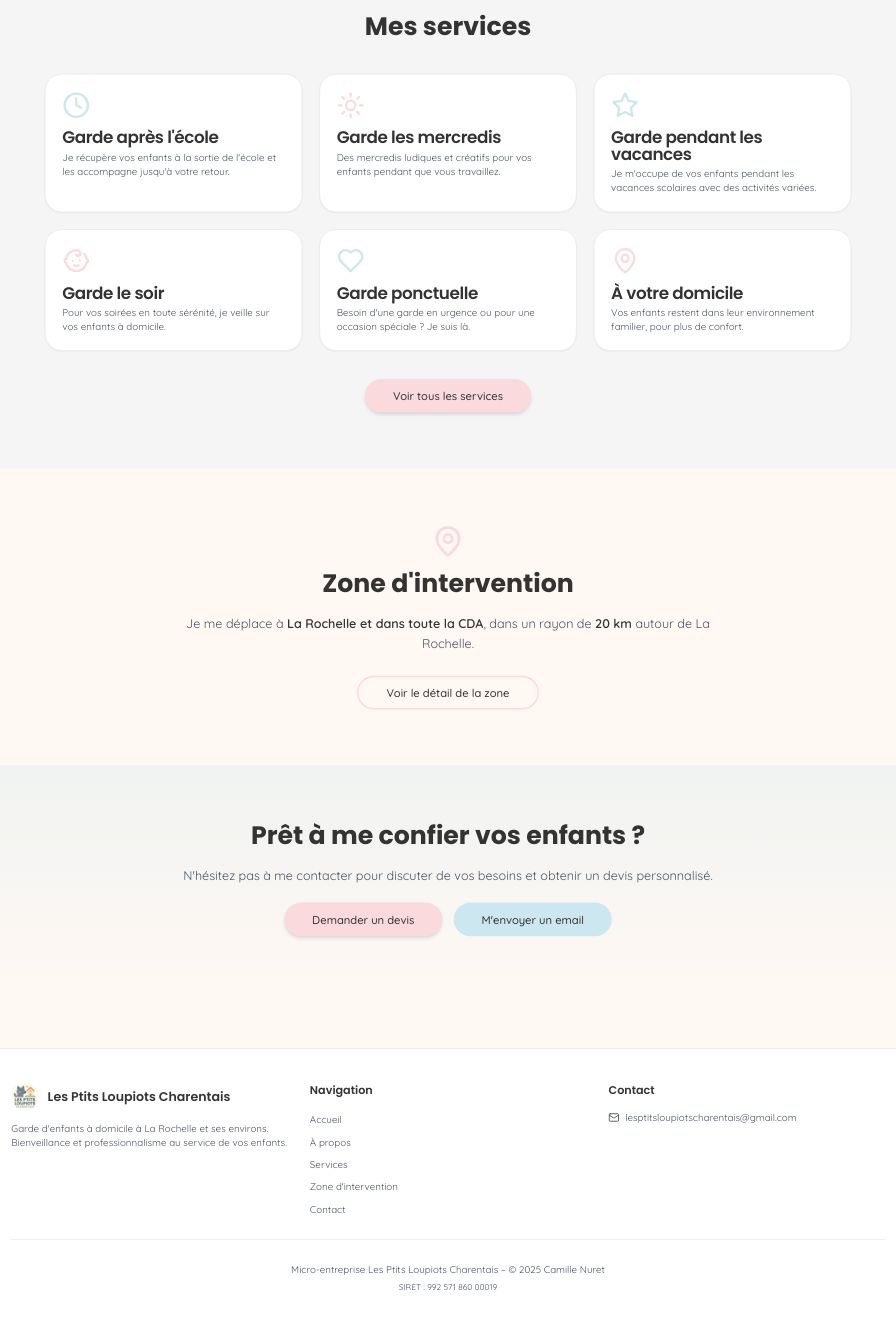
Repository: Virginie17/lesptitsloupiotscharentais
Page: /
The author's editor kept a copy of each file at every save. The page is drawn from the files as they stood at one save, then again after a run of saves.
The browser window is 1280 px wide. The pictures show the part of the page from y = 1218 to 3138 px (the page is 3114 px tall before and 3138 px after), at 70% of full size.
The project was rebuilt for these pictures with package versions that can differ from the ones it lists, and the page was loaded fresh each time. The framework's server and built-in components were replaced by stand-ins that run in the browser.

Above is the page before, as saved 2025-10-17 10:16:14.

### app/layout.tsx
import type { Metadata } from "next"
import { Poppins, Quicksand } from "next/font/google"
import "./globals.css"
import { Navigation } from "@/components/navigation"
import { Footer } from "@/components/footer"

const poppins = Poppins({
  subsets: ["latin"],
  weight: ["300", "400", "500", "600", "700"],
  variable: "--font-poppins",
})

const quicksand = Quicksand({
  subsets: ["latin"],
  weight: ["300", "400", "500", "600", "700"],
  variable: "--font-quicksand",
})

export const metadata: Metadata = {
  title: "Les Ptits Loupiots Charentais | Garde d'enfants à La Rochelle",
  description: "Service de garde d'enfants à domicile à La Rochelle et ses environs. Camille Nuret, assistante maternelle agréée BAFA et CAP Petite Enfance.",
  keywords: "garde d'enfants, La Rochelle, assistante maternelle, baby-sitting, BAFA, CAP Petite Enfance",
}

export default function RootLayout({
  children,
}: Readonly<{
  children: React.ReactNode
}>) {
  return (
    <html lang="fr" className={`${poppins.variable} ${quicksand.variable}`}>
      <body className="min-h-screen flex flex-col">
        <Navigation />
        <main className="flex-grow">{children}</main>
        <Footer />
      </body>
    </html>
  )
}

### app/globals.css
@import url('https://fonts.googleapis.com/css2?family=Poppins:wght@300;400;500;600;700&family=Quicksand:wght@300;400;500;600;700&display=swap');

@tailwind base;
@tailwind components;
@tailwind utilities;

:root {
  --font-poppins: 'Poppins', sans-serif;
  --font-quicksand: 'Quicksand', sans-serif;

  --background: 0 0% 100%;
  --foreground: 0 0% 20%;
  --primary: 340 100% 92%;
  --primary-foreground: 0 0% 20%;
  --secondary: 200 50% 87%;
  --secondary-foreground: 0 0% 20%;
  --border: 0 0% 90%;
  --input: 0 0% 90%;
  --ring: 340 100% 92%;
}

@layer base {
  * {
    @apply border-border;
  }
  body {
    @apply bg-beige-light text-gray-dark font-quicksand;
  }
  h1, h2, h3, h4, h5, h6 {
    @apply font-poppins;
  }
}

@layer utilities {
  .text-balance {
    text-wrap: balance;
  }
}

### components/navigation.tsx
"use client"

import Link from "next/link"
import { usePathname } from "next/navigation"
import { useState } from "react"
import { Menu, X } from "lucide-react"
import { cn } from "@/lib/utils"

const links = [
  { href: "/", label: "Accueil" },
  { href: "/a-propos", label: "À propos" },
  { href: "/services", label: "Services" },
  { href: "/zone", label: "Zone d'intervention" },
  { href: "/contact", label: "Contact" },
]

export function Navigation() {
  const pathname = usePathname()
  const [isOpen, setIsOpen] = useState(false)

  return (
    <nav className="bg-white/95 backdrop-blur-sm shadow-sm sticky top-0 z-50">
      <div className="container mx-auto px-4">
        <div className="flex items-center justify-between h-16 md:h-20">
          <Link href="/" className="flex items-center space-x-2">
            <span className="text-xl md:text-2xl font-bold text-rose-powder">🧸</span>
            <span className="text-lg md:text-xl font-poppins font-semibold text-gray-dark">
              Les Ptits Loupiots
            </span>
          </Link>

          {/* Desktop Navigation */}
          <div className="hidden md:flex items-center space-x-1">
            {links.map((link) => (
              <Link
                key={link.href}
                href={link.href}
                className={cn(
                  "px-4 py-2 rounded-full text-sm font-medium transition-colors",
                  pathname === link.href
                    ? "bg-rose-powder text-gray-dark"
                    : "text-gray-600 hover:bg-rose-powder/20 hover:text-gray-dark"
                )}
              >
                {link.label}
              </Link>
            ))}
          </div>

          {/* Mobile Menu Button */}
          <button
            className="md:hidden p-2 rounded-lg hover:bg-gray-100"
            onClick={() => setIsOpen(!isOpen)}
          >
            {isOpen ? <X size={24} /> : <Menu size={24} />}
          </button>
        </div>

        {/* Mobile Navigation */}
        {isOpen && (
          <div className="md:hidden py-4 border-t animate-fade-in">
            {links.map((link) => (
              <Link
                key={link.href}
                href={link.href}
                onClick={() => setIsOpen(false)}
                className={cn(
                  "block px-4 py-3 rounded-lg text-sm font-medium transition-colors",
                  pathname === link.href
                    ? "bg-rose-powder text-gray-dark"
                    : "text-gray-600 hover:bg-rose-powder/20"
                )}
              >
                {link.label}
              </Link>
            ))}
          </div>
        )}
      </div>
    </nav>
  )
}

### src/components/Footer.tsx
import Link from "next/link"
import Image from "next/image"
import { Mail } from "lucide-react"

export function Footer() {
  return (
    <footer className="bg-white border-t border-gray-200 mt-20">
      <div className="container mx-auto px-4 py-12">
        <div className="grid grid-cols-1 md:grid-cols-3 gap-8">
          {/* Logo & Description */}
          <div className="space-y-4">
            <div className="flex items-center space-x-3 group">
              <Image
                src="/logo.jpg"
                alt="Les Ptits Loupiots Charentais"
                width={40}
                height={40}
                className="rounded-full object-cover animate-float group-hover:animate-bounce-gentle"
              />
              <span className="text-lg font-poppins font-semibold group-hover:text-rose-600 transition-colors duration-300">
                Les Ptits Loupiots Charentais
              </span>
            </div>
            <p className="text-sm text-gray-600">
              Garde d&apos;enfants à domicile à La Rochelle et ses environs.
              Bienveillance et professionnalisme au service de vos enfants.
            </p>
          </div>

          {/* Navigation Links */}
          <div>
            <h3 className="font-poppins font-semibold mb-4">Navigation</h3>
            <ul className="space-y-2">
              <li>
                <Link
                  href="/"
                  className="text-sm text-gray-600 hover:text-rose-powder transition-all duration-300 hover:translate-x-1 inline-block"
                >
                  Accueil
                </Link>
              </li>
              <li>
                <Link
                  href="/a-propos"
                  className="text-sm text-gray-600 hover:text-rose-powder transition-all duration-300 hover:translate-x-1 inline-block"
                >
                  À propos
                </Link>
              </li>
              <li>
                <Link
                  href="/services"
                  className="text-sm text-gray-600 hover:text-rose-powder transition-all duration-300 hover:translate-x-1 inline-block"
                >
                  Services
                </Link>
              </li>
              <li>
                <Link
                  href="/zone"
                  className="text-sm text-gray-600 hover:text-rose-powder transition-all duration-300 hover:translate-x-1 inline-block"
                >
                  Zone d&apos;intervention
                </Link>
              </li>
              <li>
                <Link
                  href="/contact"
                  className="text-sm text-gray-600 hover:text-rose-powder transition-all duration-300 hover:translate-x-1 inline-block"
                >
                  Contact
                </Link>
              </li>
            </ul>
          </div>

          {/* Contact */}
          <div>
            <h3 className="font-poppins font-semibold mb-4">Contact</h3>
            <a
              href="mailto:lesptitsloupiotscharentais@gmail.com"
              className="flex items-center space-x-2 text-sm text-gray-600 hover:text-rose-powder transition-all duration-300 hover:translate-x-1 group"
            >
              <Mail size={16} className="group-hover:animate-pulse-soft" />
              <span>lesptitsloupiotscharentais@gmail.com</span>
            </a>
          </div>
        </div>

        <div className="border-t border-gray-200 mt-8 pt-8 text-center text-sm text-gray-600 space-y-2">
          <p>
            Micro-entreprise Les Ptits Loupiots Charentais – © 2025 Camille Nuret
          </p>
          <p className="text-xs">
            SIRET : 992 571 860 00019
          </p>
        </div>
      </div>
    </footer>
  )
}

### src/components/ui/button.tsx
import * as React from "react"
import { Slot } from "@radix-ui/react-slot"
import { cva, type VariantProps } from "class-variance-authority"
import { cn } from "@/lib/utils"

const buttonVariants = cva(
  "inline-flex items-center justify-center gap-2 whitespace-nowrap rounded-full text-sm font-medium ring-offset-background transition-all focus-visible:outline-none focus-visible:ring-2 focus-visible:ring-ring focus-visible:ring-offset-2 disabled:pointer-events-none disabled:opacity-50",
  {
    variants: {
      variant: {
        default: "bg-rose-powder text-gray-dark hover:bg-rose-powder/90 shadow-md hover:shadow-lg",
        secondary: "bg-blue-sky text-gray-dark hover:bg-blue-sky/90",
        outline: "border-2 border-rose-powder bg-transparent hover:bg-rose-powder/10",
        ghost: "hover:bg-rose-powder/10",
      },
      size: {
        default: "h-11 px-8 py-2",
        sm: "h-9 px-4",
        lg: "h-12 px-10 text-base",
        icon: "h-10 w-10",
      },
    },
    defaultVariants: {
      variant: "default",
      size: "default",
    },
  }
)

export interface ButtonProps
  extends React.ButtonHTMLAttributes<HTMLButtonElement>,
    VariantProps<typeof buttonVariants> {
  asChild?: boolean
}

const Button = React.forwardRef<HTMLButtonElement, ButtonProps>(
  ({ className, variant, size, asChild = false, ...props }, ref) => {
    const Comp = asChild ? Slot : "button"
    return (
      <Comp
        className={cn(buttonVariants({ variant, size, className }))}
        ref={ref}
        {...props}
      />
    )
  }
)
Button.displayName = "Button"

export { Button, buttonVariants }

### src/components/ui/card.tsx
import * as React from "react"
import { cn } from "@/lib/utils"

const Card = React.forwardRef<HTMLDivElement, React.HTMLAttributes<HTMLDivElement>>(
  ({ className, ...props }, ref) => (
    <div
      ref={ref}
      className={cn("rounded-3xl border bg-white shadow-sm transition-all hover:shadow-md", className)}
      {...props}
    />
  )
)
Card.displayName = "Card"

const CardHeader = React.forwardRef<HTMLDivElement, React.HTMLAttributes<HTMLDivElement>>(
  ({ className, ...props }, ref) => (
    <div ref={ref} className={cn("flex flex-col space-y-1.5 p-6", className)} {...props} />
  )
)
CardHeader.displayName = "CardHeader"

const CardTitle = React.forwardRef<HTMLParagraphElement, React.HTMLAttributes<HTMLHeadingElement>>(
  ({ className, ...props }, ref) => (
    <h3 ref={ref} className={cn("text-2xl font-semibold leading-none tracking-tight", className)} {...props} />
  )
)
CardTitle.displayName = "CardTitle"

const CardDescription = React.forwardRef<HTMLParagraphElement, React.HTMLAttributes<HTMLParagraphElement>>(
  ({ className, ...props }, ref) => (
    <p ref={ref} className={cn("text-sm text-gray-600", className)} {...props} />
  )
)
CardDescription.displayName = "CardDescription"

const CardContent = React.forwardRef<HTMLDivElement, React.HTMLAttributes<HTMLDivElement>>(
  ({ className, ...props }, ref) => (
    <div ref={ref} className={cn("p-6 pt-0", className)} {...props} />
  )
)
CardContent.displayName = "CardContent"

const CardFooter = React.forwardRef<HTMLDivElement, React.HTMLAttributes<HTMLDivElement>>(
  ({ className, ...props }, ref) => (
    <div ref={ref} className={cn("flex items-center p-6 pt-0", className)} {...props} />
  )
)
CardFooter.displayName = "CardFooter"

export { Card, CardHeader, CardFooter, CardTitle, CardDescription, CardContent }

### tailwind.config.ts
import type { Config } from "tailwindcss"

const config = {
  darkMode: ["class"],
  content: [
    './src/pages/**/*.{ts,tsx}',
    './src/components/**/*.{ts,tsx}',
    './src/app/**/*.{ts,tsx}',
  ],
  prefix: "",
  theme: {
    container: {
      center: true,
      padding: "2rem",
      screens: {
        "2xl": "1400px",
      },
    },
    extend: {
      colors: {
        border: "hsl(var(--border))",
        input: "hsl(var(--input))",
        ring: "hsl(var(--ring))",
        background: "hsl(var(--background))",
        foreground: "hsl(var(--foreground))",
        beige: {
          light: "#FFF8F3",
        },
        rose: {
          powder: "#FADADD",
        },
        blue: {
          sky: "#CDE7F0",
        },
        gray: {
          soft: "#F5F5F5",
          dark: "#333333",
        },
        primary: {
          DEFAULT: "hsl(var(--primary))",
          foreground: "hsl(var(--primary-foreground))",
        },
        secondary: {
          DEFAULT: "hsl(var(--secondary))",
          foreground: "hsl(var(--secondary-foreground))",
        },
      },
      fontFamily: {
        poppins: ['var(--font-poppins)', 'sans-serif'],
        quicksand: ['var(--font-quicksand)', 'sans-serif'],
      },
      keyframes: {
        "fade-in": {
          "0%": { opacity: "0" },
          "100%": { opacity: "1" },
        },
        "slide-up": {
          "0%": { transform: "translateY(20px)", opacity: "0" },
          "100%": { transform: "translateY(0)", opacity: "1" },
        },
      },
      animation: {
        "fade-in": "fade-in 0.6s ease-out",
        "slide-up": "slide-up 0.6s ease-out",
      },
    },
  },
  plugins: [require("tailwindcss-animate")],
} satisfies Config

export default config

Loaded but not shown: src/lib/utils.ts (common file); app/page.tsx (170 lines, source omitted)

After the next 3 saves:
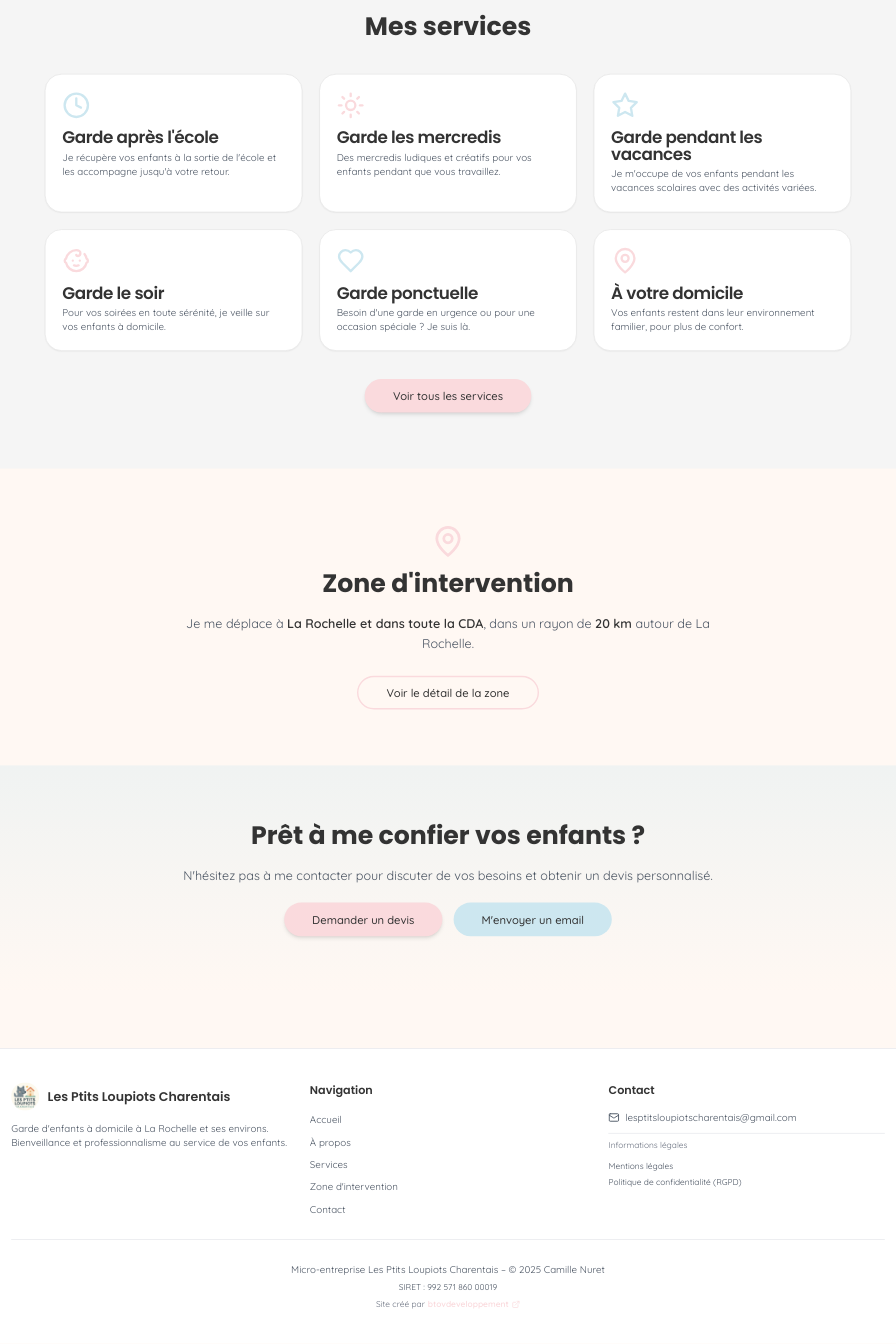
The 3 saves are shown as one change because they came seconds apart.
The last was saved 73 s later.
--- a/src/components/Footer.tsx
+++ b/src/components/Footer.tsx
@@ -1,6 +1,6 @@
 import Link from "next/link"
 import Image from "next/image"
-import { Mail } from "lucide-react"
+import { Mail, ExternalLink } from "lucide-react"
 
 export function Footer() {
   return (
@@ -77,13 +77,33 @@ export function Footer() {
           {/* Contact */}
           <div>
             <h3 className="font-poppins font-semibold mb-4">Contact</h3>
-            <a
-              href="mailto:lesptitsloupiotscharentais@gmail.com"
-              className="flex items-center space-x-2 text-sm text-gray-600 hover:text-rose-powder transition-all duration-300 hover:translate-x-1 group"
-            >
-              <Mail size={16} className="group-hover:animate-pulse-soft" />
-              <span>lesptitsloupiotscharentais@gmail.com</span>
-            </a>
+            <div className="space-y-3">
+              <a
+                href="mailto:lesptitsloupiotscharentais@gmail.com"
+                className="flex items-center space-x-2 text-sm text-gray-600 hover:text-rose-powder transition-all duration-300 hover:translate-x-1 group"
+              >
+                <Mail size={16} className="group-hover:animate-pulse-soft" />
+                <span>lesptitsloupiotscharentais@gmail.com</span>
+              </a>
+              <div className="pt-2 border-t border-gray-200">
+                <p className="text-xs text-gray-500 mb-2">Informations légales</p>
+                <div className="space-y-1">
+                  <Link
+                    href="/mentions-legales"
+                    className="text-xs text-gray-600 hover:text-rose-powder transition-all duration-300 hover:translate-x-1 inline-block"
+                  >
+                    Mentions légales
+                  </Link>
+                  <br />
+                  <Link
+                    href="/politique-confidentialite"
+                    className="text-xs text-gray-600 hover:text-rose-powder transition-all duration-300 hover:translate-x-1 inline-block"
+                  >
+                    Politique de confidentialité (RGPD)
+                  </Link>
+                </div>
+              </div>
+            </div>
           </div>
         </div>
 
@@ -94,6 +114,18 @@ export function Footer() {
           <p className="text-xs">
             SIRET : 992 571 860 00019
           </p>
+          <p className="text-xs text-gray-500 flex items-center justify-center gap-1">
+            Site créé par{" "}
+            <a
+              href="https://btovdeveloppement.com"
+              target="_blank"
+              rel="noopener noreferrer"
+              className="text-rose-powder hover:text-rose-600 font-semibold transition-colors inline-flex items-center gap-1"
+            >
+              btovdeveloppement
+              <ExternalLink size={12} />
+            </a>
+          </p>
         </div>
       </div>
     </footer>
